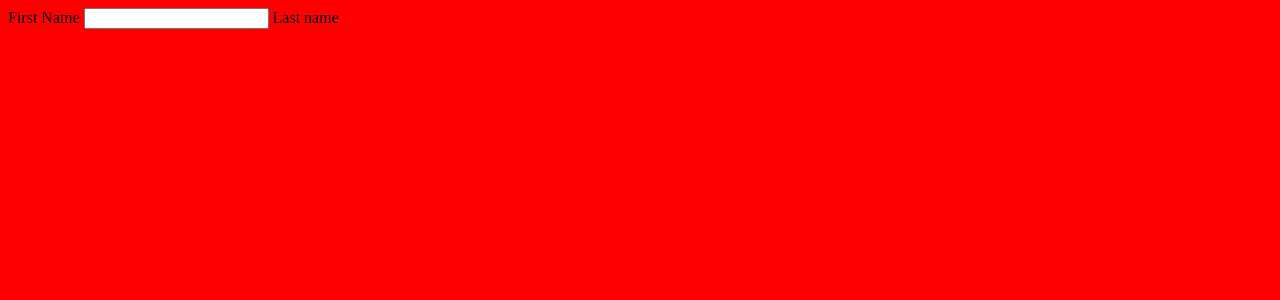
Repository: Fariaddd/codefactor-stylesheet
Page: index.html
The author's editor kept a copy of each file at every save. The page is drawn from the files as they stood at one save, then again after the next save.
The browser window is 1280 px wide. The pictures show the whole page.

Above is the page before, as saved 2021-11-17 19:00:30.

After the next save:
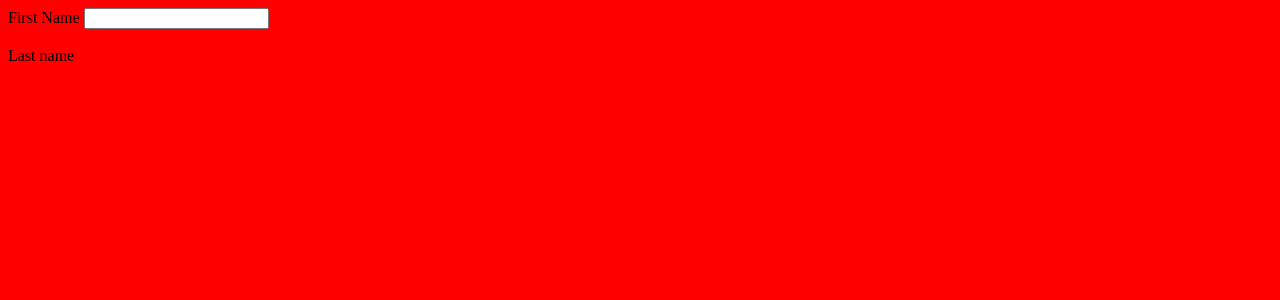
Saved 28 s later.
--- a/index.html
+++ b/index.html
@@ -10,7 +10,7 @@
   <body>
     <form action="/action">
       <label for="firstname">First Name</label>
-      <input type="text" id="firstname" name="firstname" />
+      <input type="text" id="firstname" name="firstname" /><br /><br />
       <label for="lastname">Last name</label>
     </form>
   </body>
